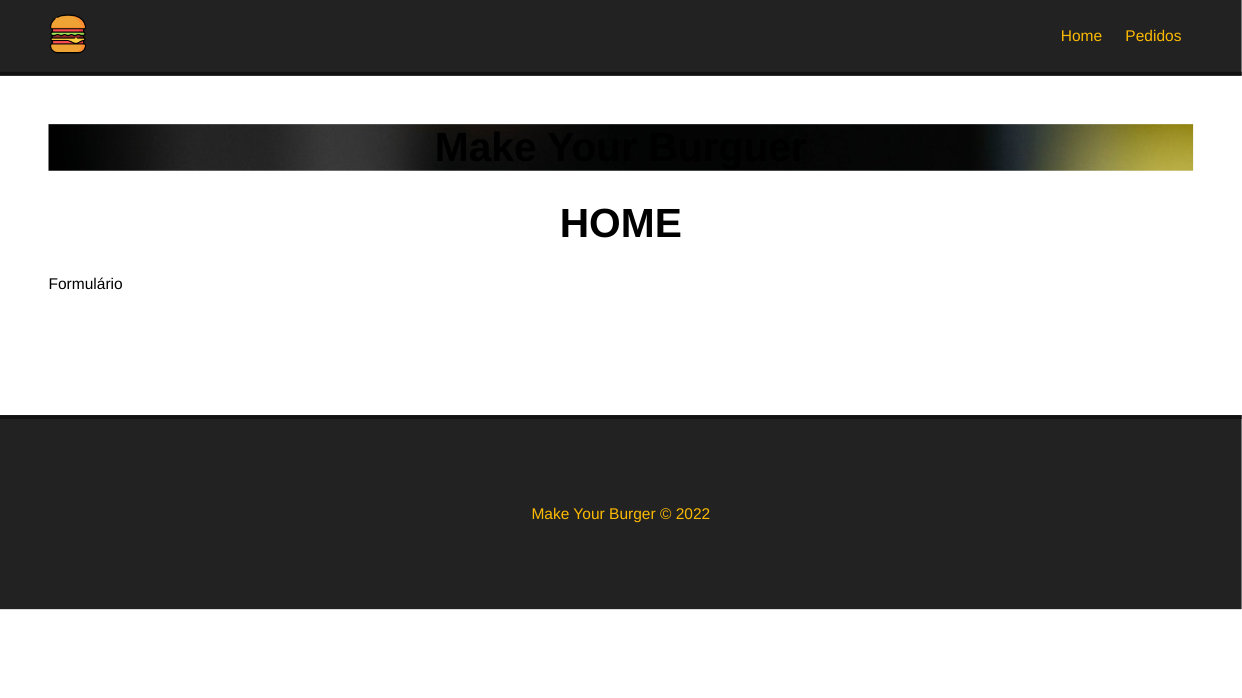
Repository: brunofa23/makeyourburguer
Page: /
An editor plug-in stored every save of this project. The page is shown before and after the next save, followed by the edit.
The browser window is 1280 px wide. The pictures show the whole page, at 97% of full size.
The project was rebuilt for these pictures with package versions that can differ from the ones it lists, and the page was loaded fresh each time. Also part of the build but not shown: vue.config.js.

Above is the page before, as saved 2022-08-09 19:12:37.

After the next save:
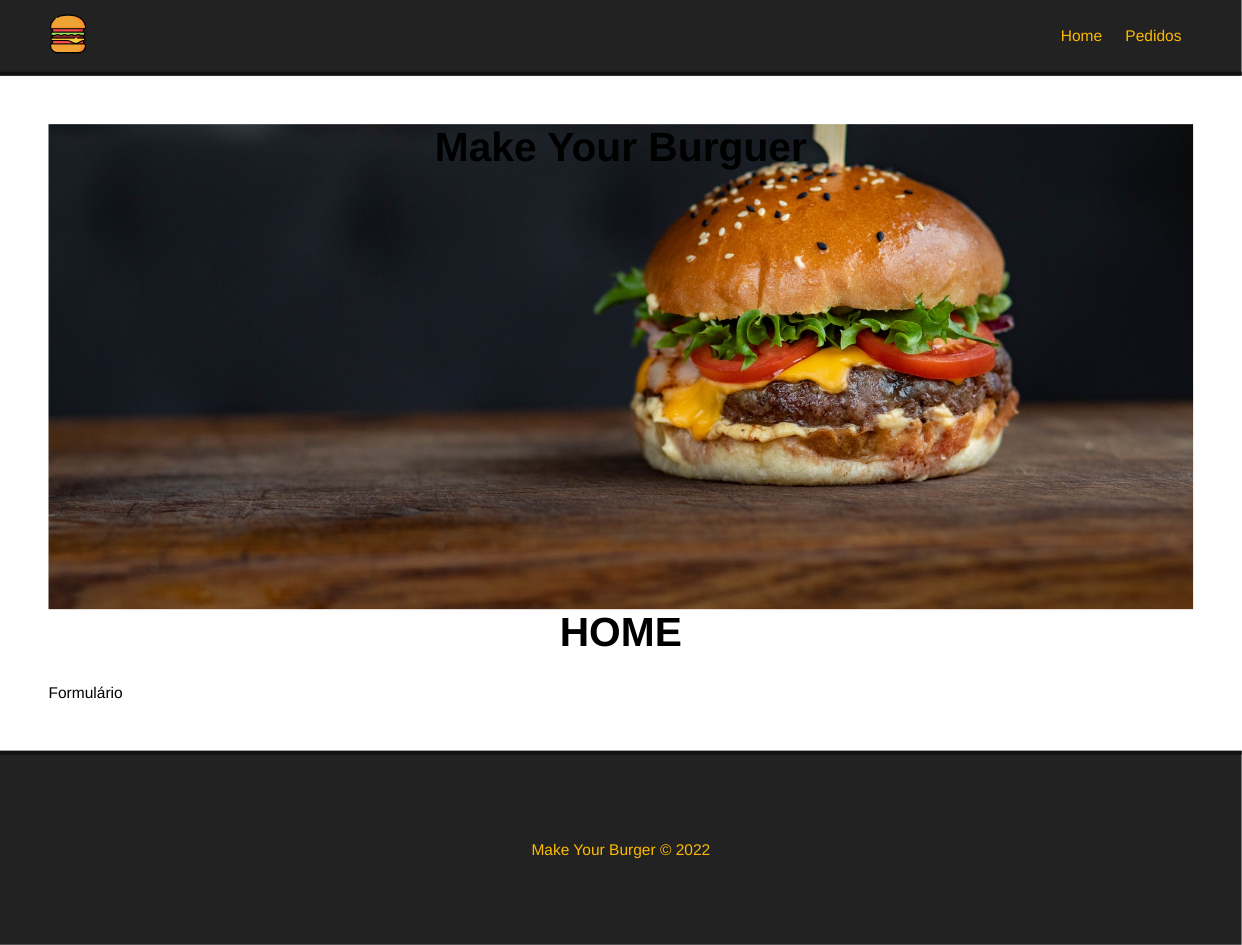
Saved 51 s later.
--- a/src/components/Banner.vue
+++ b/src/components/Banner.vue
@@ -13,6 +13,10 @@ export default {
 <style scoped>
 #main-banner{
     background-image: url('/public/img/burger.jpg');
+    background-position: 0 -250px;
+    background-size: cover;
+    height: 500px;
+
 }
 
 
